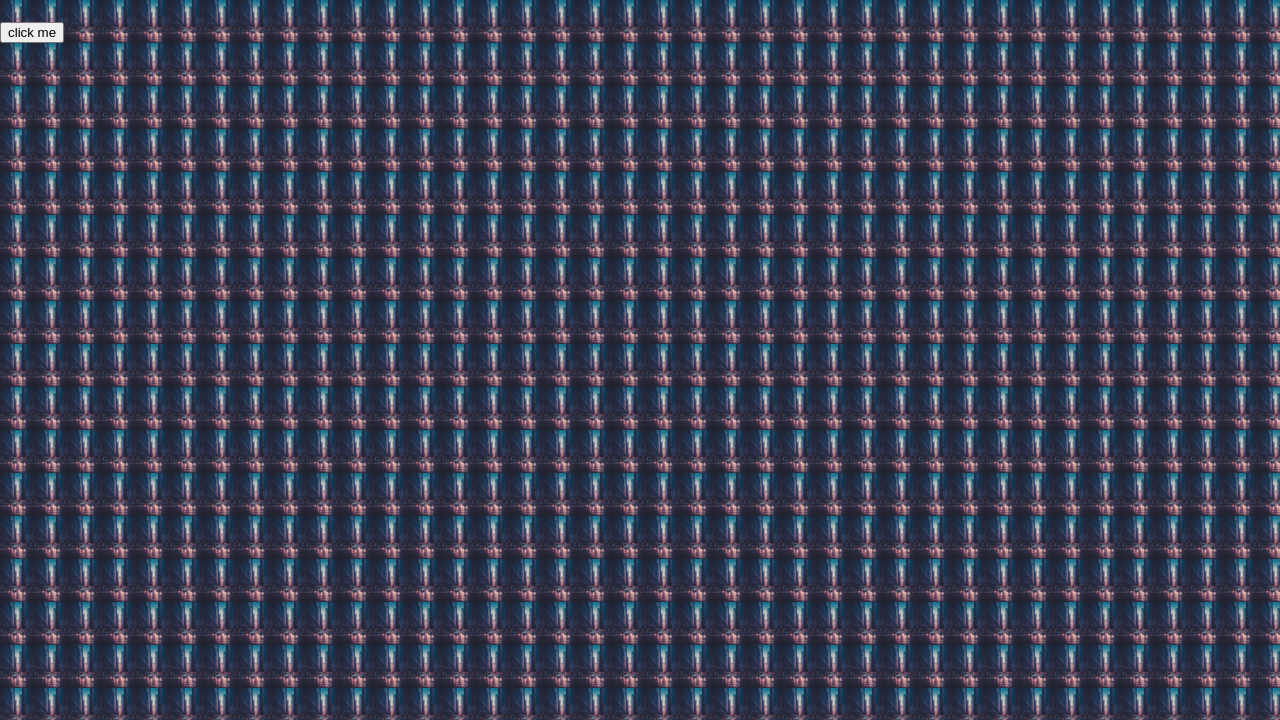
Repository: lamilekan263/random_advice
Page: /
These files come from the project's save history. The page is drawn as it stood at one moment and after the next save; the edit follows.
The browser window is 1280 px wide. The pictures show the whole page.
The page's requests for data from a server got no answer. The project was rebuilt for these pictures with package versions that can differ from the ones it lists, and the page was loaded fresh each time. No one was signed in, and anything a server would have sent is missing.

Above is the page before, as saved 2020-08-10 14:11:45.

### src/App.js
import React from 'react';
import './App.css';
import axios from 'axios'

class App extends React.Component{

  state = {
    advice : ''
  }
 componentDidMount(){
    this.getAdvice()
  }

  getAdvice = ()=>{
    axios.get('https://api.adviceslip.com/advice')
    .then((response) =>{
      const { advice } = response.data.slip;
      console.log(advice)
      this.setState({ advice })
    })

  }

  render(){
    return(
      <div>
        <h1> {this.state.advice}</h1>

        <button onClick = {this.getAdvice}>click me</button>
      </div>
    )
  }
}


export default App

### src/App.css
body{
  margin:0;
  padding: 0;
  background-image: url('./bg.jpg');
  background-size: contain;
  background-position: ;
}

Loaded but not shown: public/index.html (common file); src/index.js (common file); src/index.css (common file); src/serviceWorker.js (common file)

After the next save:
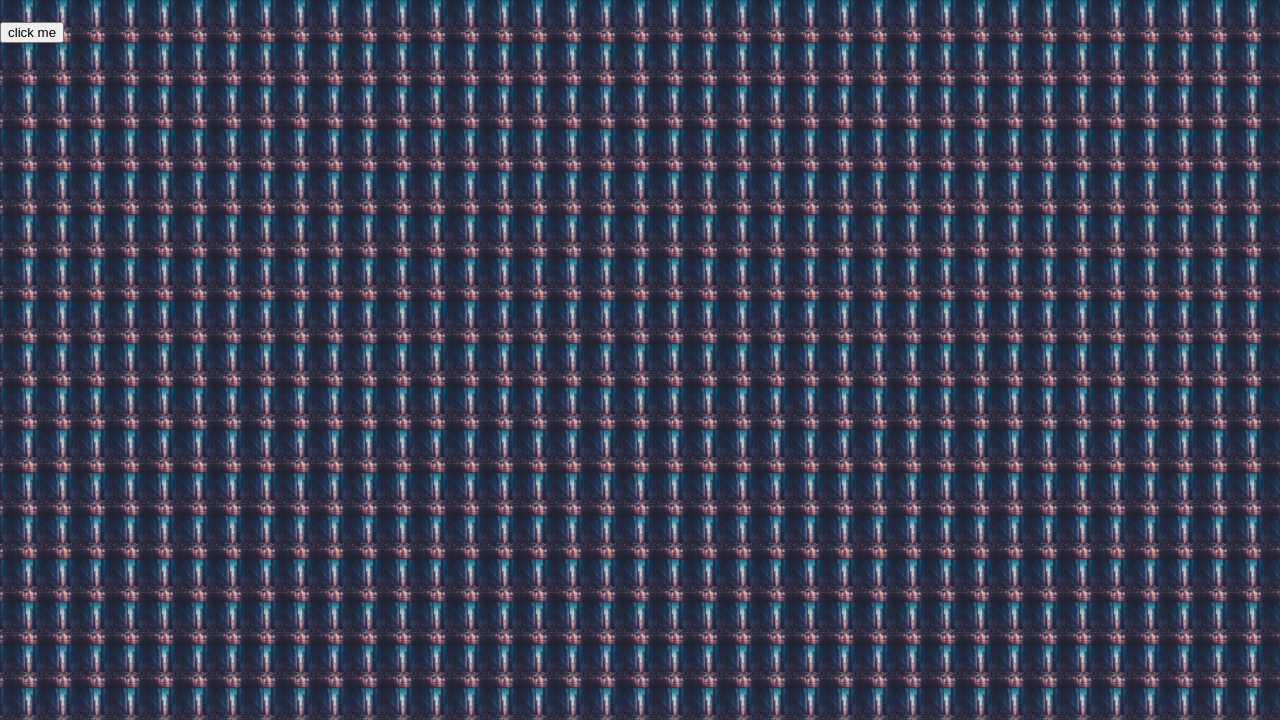
Saved 4 s later.
--- a/src/App.css
+++ b/src/App.css
@@ -3,5 +3,5 @@ body{
   padding: 0;
   background-image: url('./bg.jpg');
   background-size: contain;
-  background-position: ;
+  background-position: center;
 }
